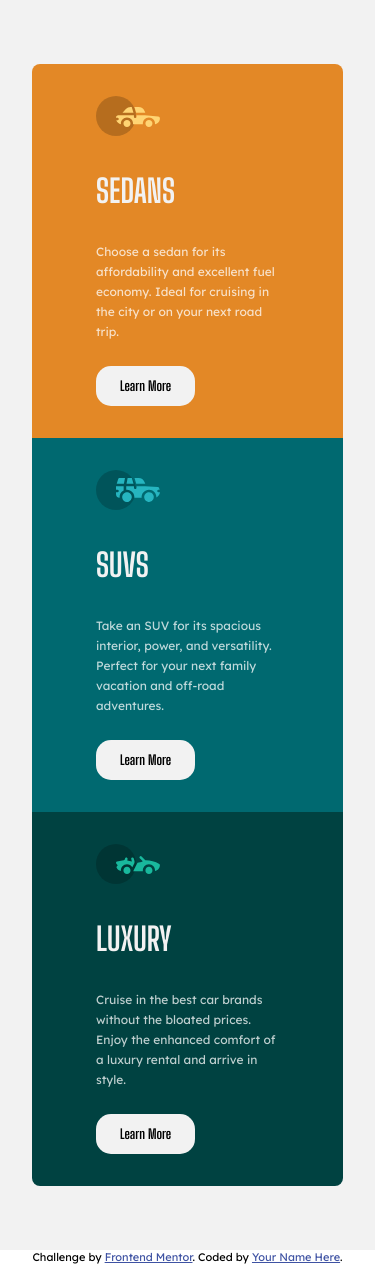
Repository: PratypartyY2K/frontendmentor-challenges
Page: 3-column-card/index.html
These files come from the project's save history. The page is drawn as it stood at one moment and after the next save; the edit follows.
The browser window is 375 px wide. The pictures show the whole page.

Above is the page before, as saved 2021-07-14 11:56:30.

### 3-column-card/index.html
<!DOCTYPE html>
<html lang="en">
  <head>
    <meta charset="UTF-8" />
    <meta name="viewport" content="width=device-width, initial-scale=1.0" />
    <!-- displays site properly based on user's device -->

    <link
      rel="icon"
      type="image/png"
      sizes="32x32"
      href="./images/favicon-32x32.png"
    />

    <!--font-->
    <link rel="preconnect" href="https://fonts.googleapis.com" />
    <link rel="preconnect" href="https://fonts.gstatic.com" crossorigin />
    <link
      href="https://fonts.googleapis.com/css2?family=Big+Shoulders+Display:wght@700&display=swap"
      rel="stylesheet"
    />
    <link
      href="https://fonts.googleapis.com/css2?family=Lexend+Deca&display=swap"
      rel="stylesheet"
    />

    <title>Frontend Mentor | 3-column preview card component</title>

    <link rel="stylesheet" href="style.css" />
  </head>
  <body>
    <div class="card-wrapper">
      <div class="col-1">
        <img src="images/icon-sedans.svg" class="icon" />
        <h3>Sedans</h3>
        <div class="card-content">
          Choose a sedan for its affordability and excellent fuel economy. Ideal
          for cruising in the city or on your next road trip.
        </div>
        <button class="btn-1">Learn More</button>
      </div>
      <div class="col-2">
        <img src="images/icon-suvs.svg" class="icon" />
        <h3>SUVs</h3>
        <div class="card-content">
          Take an SUV for its spacious interior, power, and versatility. Perfect
          for your next family vacation and off-road adventures.
        </div>
        <button class="btn-2">Learn More</button>
      </div>
      <div class="col-3">
        <img src="images/icon-luxury.svg" class="icon" />
        <h3>Luxury</h3>
        <div class="card-content">
          Cruise in the best car brands without the bloated prices. Enjoy the
          enhanced comfort of a luxury rental and arrive in style.
        </div>
        <button class="btn-3">Learn More</button>
      </div>
    </div>

    <div class="attribution">
      Challenge by
      <a href="https://www.frontendmentor.io?ref=challenge" target="_blank"
        >Frontend Mentor</a
      >. Coded by <a href="#">Your Name Here</a>.
    </div>
  </body>
</html>

### 3-column-card/style.css
:root {
    --primary-orange: hsl(31, 77%, 52%);
    --primary-cyan: hsl(184, 100%, 22%);
    --primary-dark-cyan: hsl(179, 100%, 13%);
    --neutral-white: hsla(0, 0%, 100%, 0.75);
    --neutral-gray: hsl(0, 0%, 95%);
    --col-padding: 2rem 4rem;
}

@media only screen and (max-width: 600px) {
    body {
        margin: 0;
        font-family: 'Lexend Deca', sans-serif;
    }

    .card-wrapper {
        background-color: var(--neutral-gray);
        display: flex;
        flex-direction: column;
        padding: 4rem 2rem;
    }

    .col-1 {
        background-color: var(--primary-orange);
        border-radius: 8px 8px 0 0;
        padding: var(--col-padding);
    }

    .col-2 {
        background-color: var(--primary-cyan);
        padding: var(--col-padding);
    }

    .col-3 {
        background-color: var(--primary-dark-cyan);
        border-radius: 0 0 8px 8px;
        padding: var(--col-padding);
    }

    h3 {
        color: var(--neutral-gray);
        font-size: 2rem;
        font-family: 'Big Shoulders Display', cursive;
        font-weight: 700;
        text-transform: uppercase;

    }

    .card-content {
        font-size: 0.75rem;
        color: var(--neutral-white);
        line-height: 1.25rem;
        margin-bottom: 1.5rem;
    }

    button {
        background-color: var(--neutral-gray);
        padding: 0.75rem 1.5rem;
        border: none;
        border-radius: 15px;
        outline-style: none;
        font-family: 'Big Shoulders Display', sans-serif;
    }
}

.attribution {
    font-size: 11px;
    text-align: center;
}
.attribution a {
    color: hsl(228, 45%, 44%);
}

After the next save:
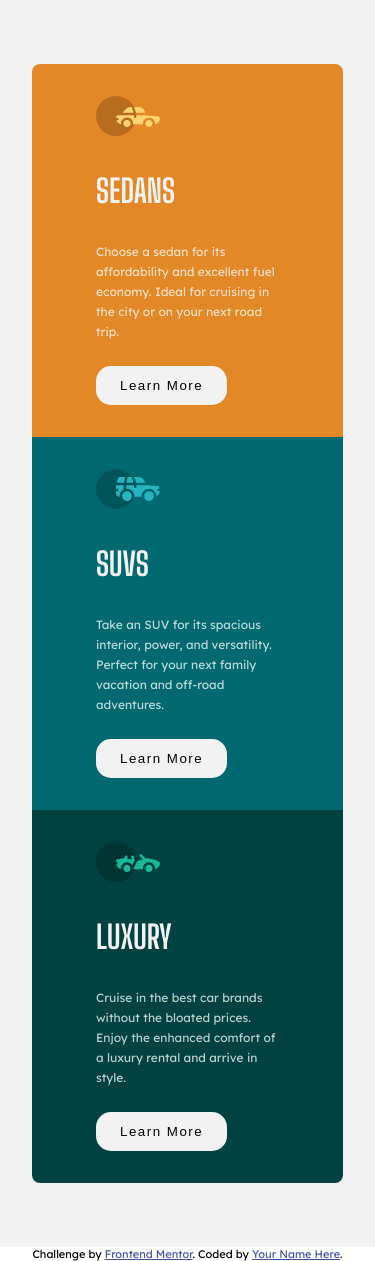
Saved 42 s later.
--- a/3-column-card/style.css
+++ b/3-column-card/style.css
@@ -59,7 +59,7 @@
         border: none;
         border-radius: 15px;
         outline-style: none;
-        font-family: 'Big Shoulders Display', sans-serif;
+        letter-spacing: 1.5px;
     }
 }
 
